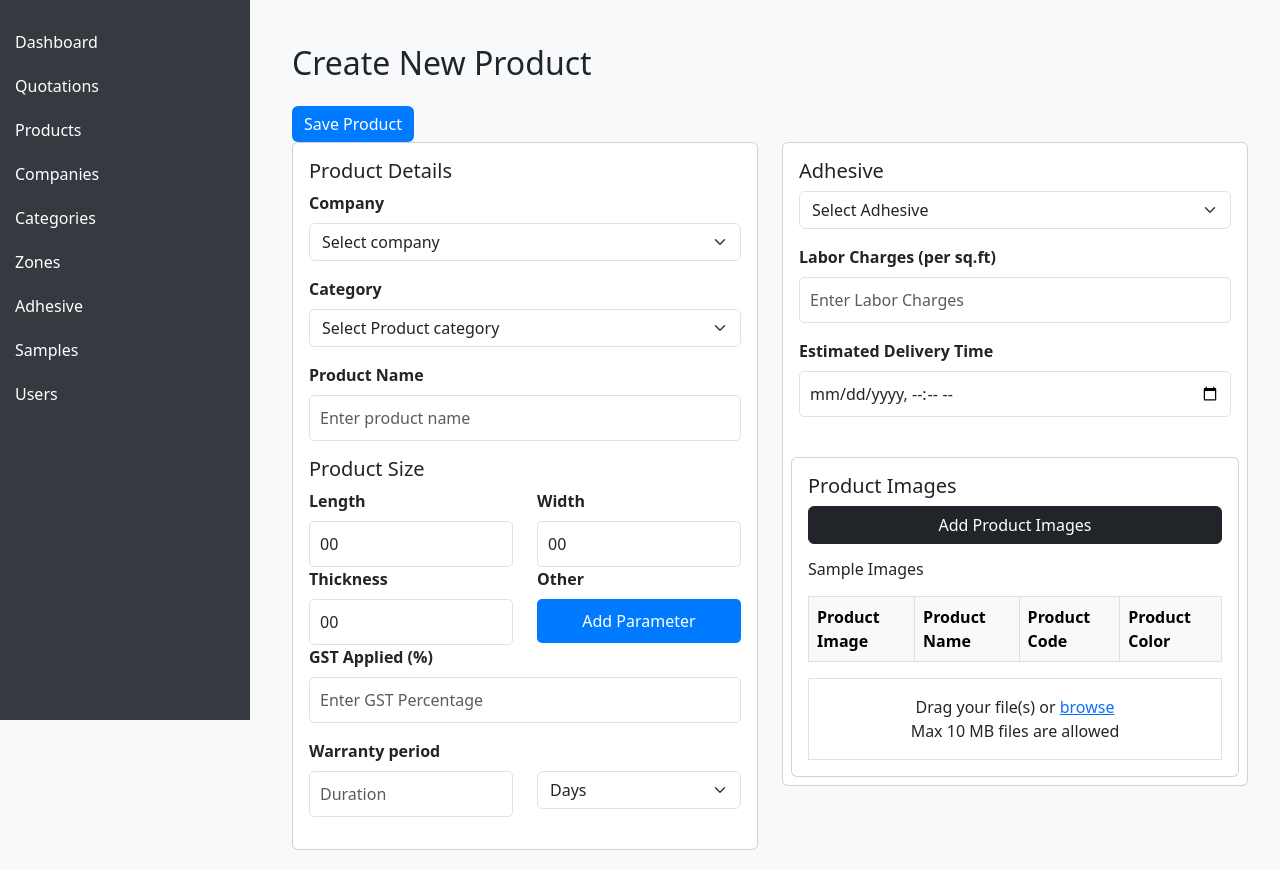
Repository: aniket-t-47/LivedDream
Page: http://localhost/products
The author's editor kept a copy of each file at every save. The page is drawn from the files as they stood at one save, then again after a run of saves.
The browser window is 1280 px wide. The pictures show the whole page.
The page is served by the project's Laravel application, run on PHP 8.4 with Laravel 10. A made-up administrator, Test User (test@example.com), is signed in. Queries for data that is not in the repository find no rows.

Above is the page before, as saved 2025-03-21 13:00:03.

After the next 3 saves:
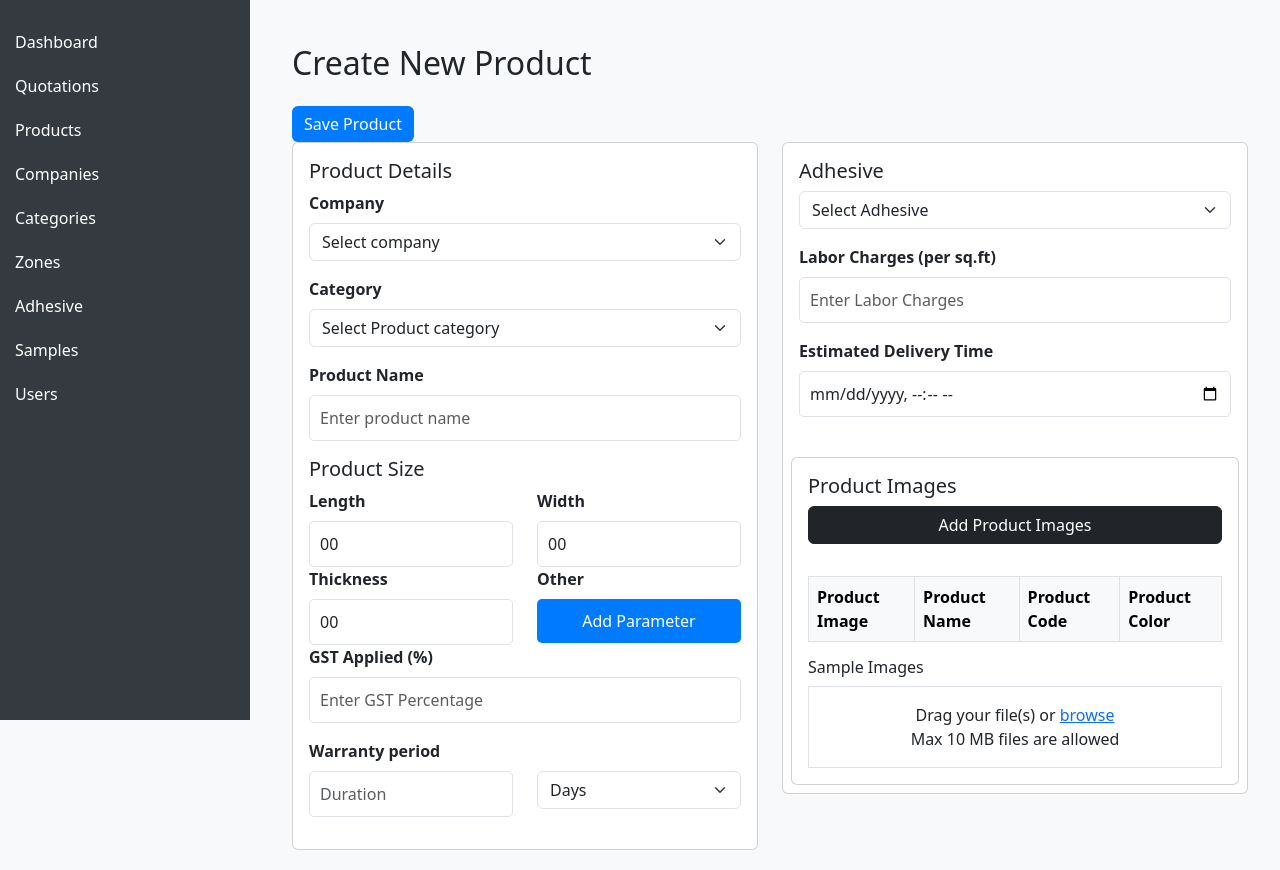
The 3 saves are shown as one change because they came seconds apart.
The last was saved 24 s later.
--- a/liveddream/resources/views/products/create.blade.php
+++ b/liveddream/resources/views/products/create.blade.php
@@ -181,7 +181,7 @@
                                     </div>
                                 </div>
 
-                                <h6>Sample Images</h6>
+
 
 
                                 <table class="table table-bordered mt-3">
@@ -197,6 +197,7 @@
                                         <!-- Product rows will go here -->
                                     </tbody>
                                 </table>
+                                <h6>Sample Images</h6>
 
                                 <div class="border p-3 text-center" style="border-style: dashed;">
                                     Drag your file(s) or <a href="#">browse</a>
